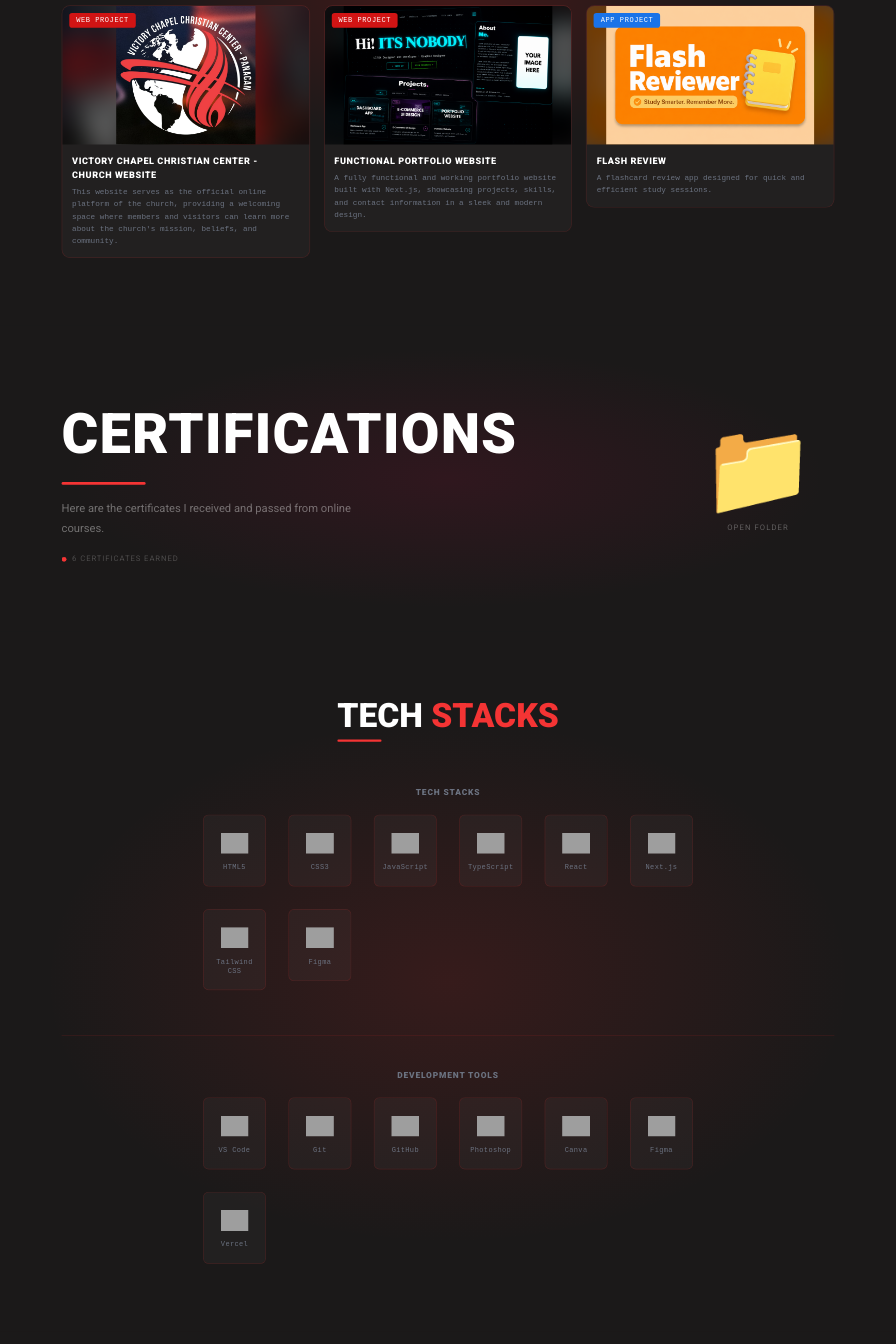
Repository: banbanny/my-portfolio
Page: /
The author's editor kept a copy of each file at every save. The page is drawn from the files as they stood at one save, then again after the next save.
The browser window is 1280 px wide. The pictures show the part of the page from y = 1761 to 3681 px (the page is 4275 px tall before and 4344 px after), at 70% of full size.
Pictures or frames that could not be fetched are drawn as grey boxes. The project was rebuilt for these pictures with package versions that can differ from the ones it lists, and the page was loaded fresh each time. The framework's server and built-in components were replaced by stand-ins that run in the browser. Also part of the build but not shown: next.config.js.

Above is the page before, as saved 2026-05-08 13:06:54.

After the next save:
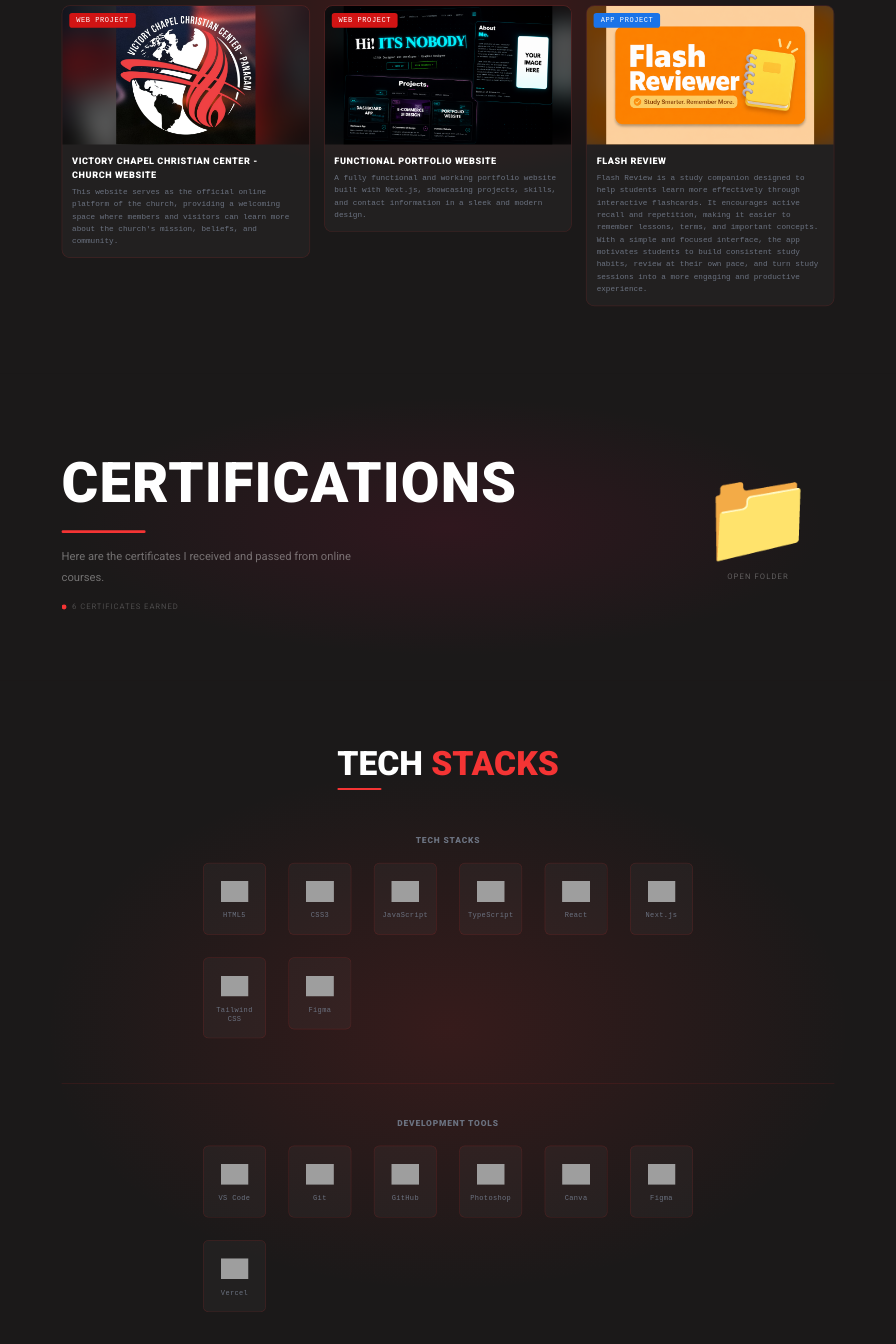
Saved 3 min 8 s later.
--- a/src/components/Projects.tsx
+++ b/src/components/Projects.tsx
@@ -59,7 +59,7 @@
     id: 6,
     title: "Flash Review",
     type: "app",
-    description: "A flashcard review app designed for quick and efficient study sessions.",
+     description: "Flash Review is a study companion designed to help students learn more effectively through interactive flashcards. It encourages active recall and repetition, making it easier to remember lessons, terms, and important concepts. With a simple and focused interface, the app motivates students to build consistent study habits, review at their own pace, and turn study sessions into a more engaging and productive experience.",
     thumbnail: "/flashreview.png",
     // ← Add your app screen images here
     screenshots: ["/Home.png", "/Create.png", "/ReviewerSet.png", "/Review.png"],

After the 6 saves that followed:
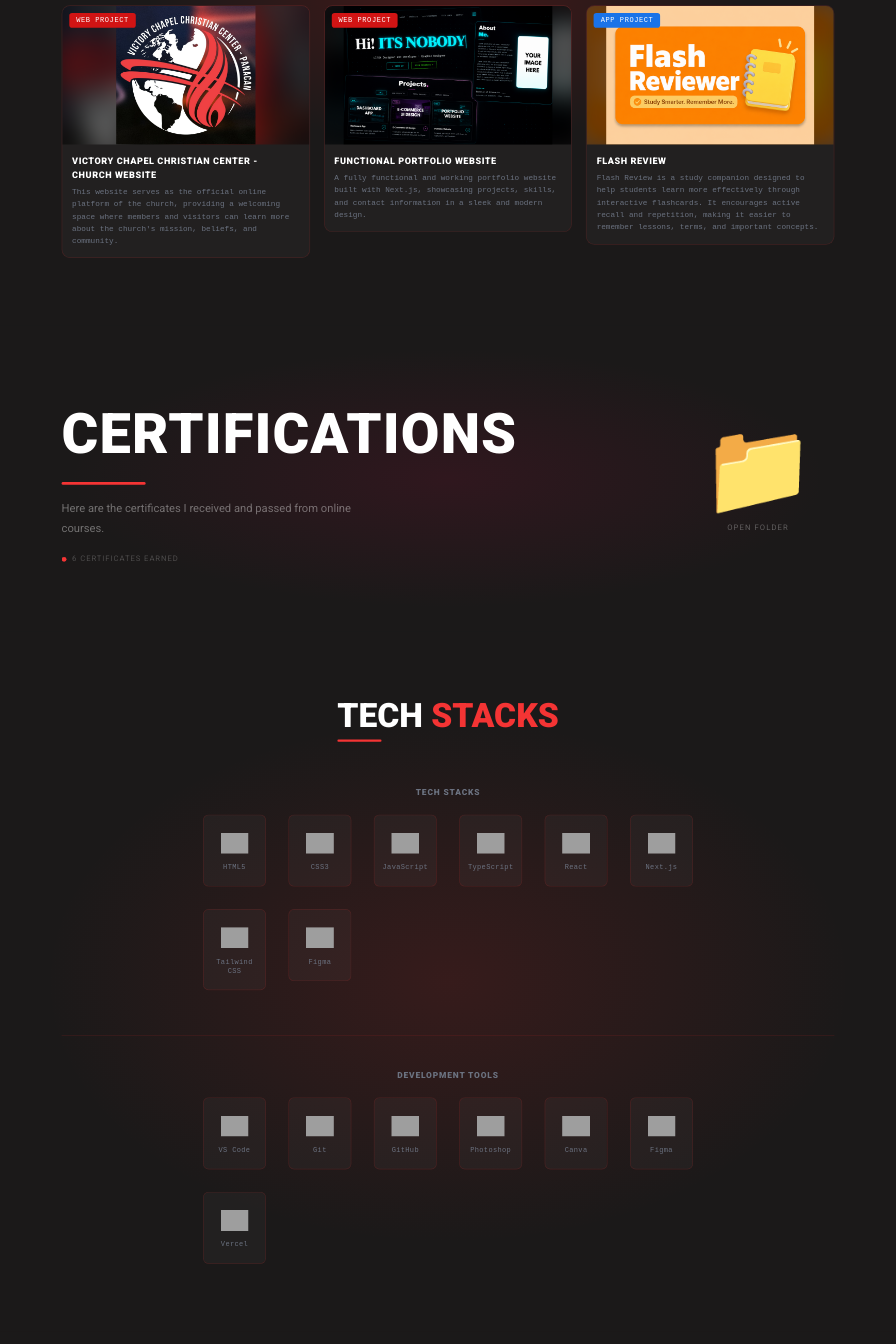
The 6 saves are shown as one change because 1 did not build or start and some came seconds apart.
The last was saved 42 s later.
--- a/src/components/Projects.tsx
+++ b/src/components/Projects.tsx
@@ -59,7 +59,7 @@
     id: 6,
     title: "Flash Review",
     type: "app",
-     description: "Flash Review is a study companion designed to help students learn more effectively through interactive flashcards. It encourages active recall and repetition, making it easier to remember lessons, terms, and important concepts. With a simple and focused interface, the app motivates students to build consistent study habits, review at their own pace, and turn study sessions into a more engaging and productive experience.",
+     description: "Flash Review is a study companion designed to help students learn more effectively through interactive flashcards. It encourages active recall and repetition, making it easier to remember lessons, terms, and important concepts.",
     thumbnail: "/flashreview.png",
     // ← Add your app screen images here
     screenshots: ["/Home.png", "/Create.png", "/ReviewerSet.png", "/Review.png"],
